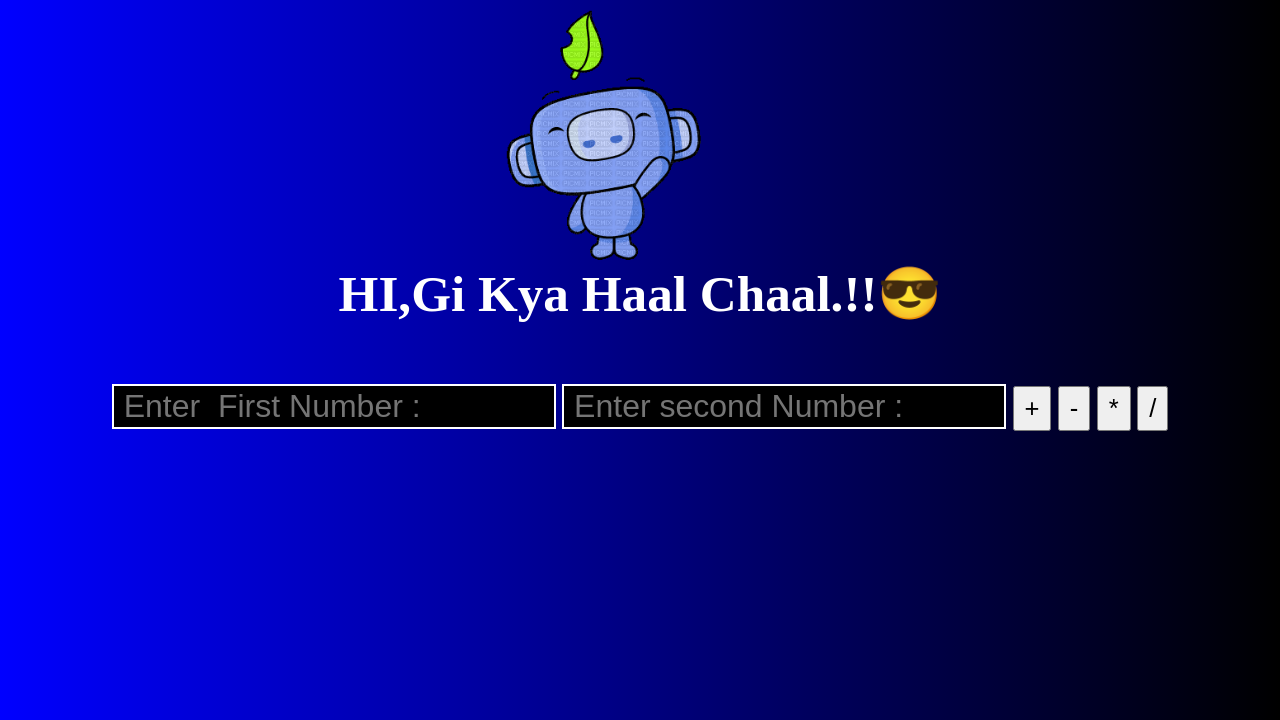
Repository: Deepak-Mane1902/simple-Calculator-using-JSP-Servlet
Page: http://localhost/webProject/NewFile.jsp
An editor plug-in stored every save of this project. The page is shown before and after the next save, followed by the edit.
The browser window is 1280 px wide. The pictures show the whole page.
The page is served by Tomcat 9.

Above is the page before, as saved 2024-12-15 08:30:28.

After the next save:
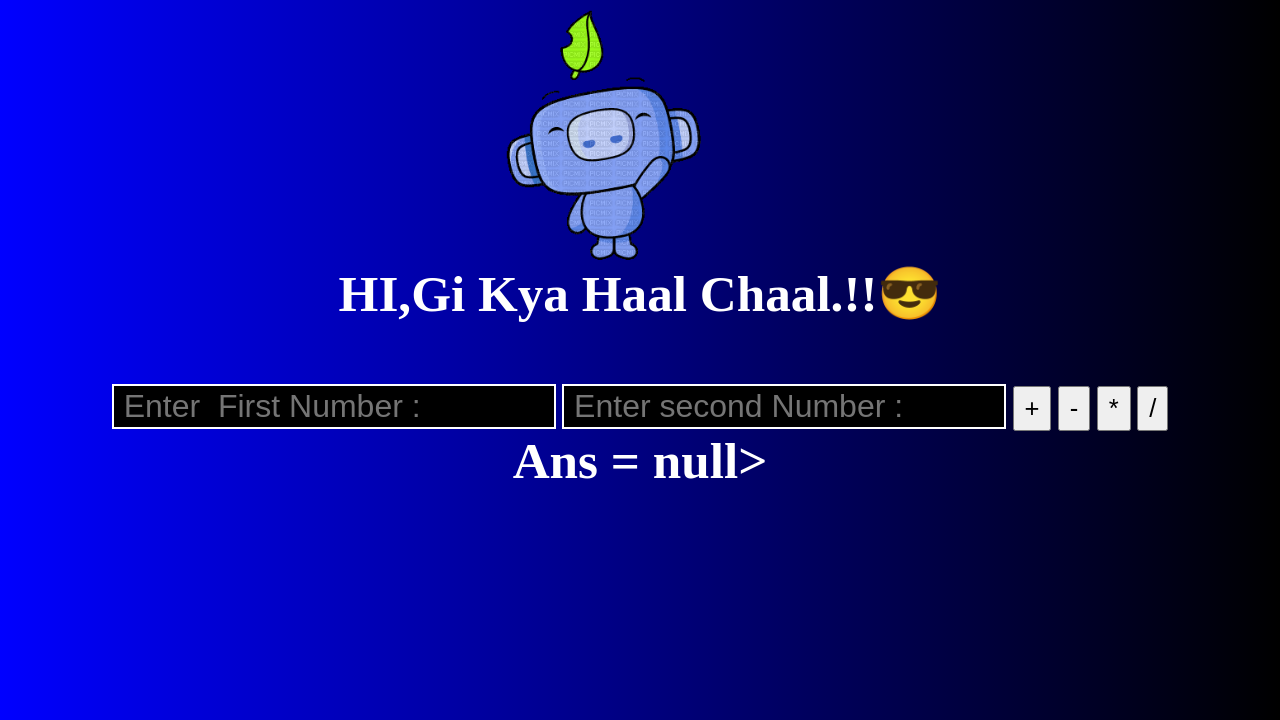
Saved 79 s later.
--- a/webProject/src/main/webapp/NewFile.jsp
+++ b/webProject/src/main/webapp/NewFile.jsp
@@ -18,8 +18,8 @@
 <button name="btn1" value="2">-</button>
 <button name="btn1" value="3">*</button>
 <button name="btn1" value="4">/</button>
-
 </form>
+<h1>Ans = <%=request.getParameter("ans") %>></h1>
 </main>
 </body>
 </html>
